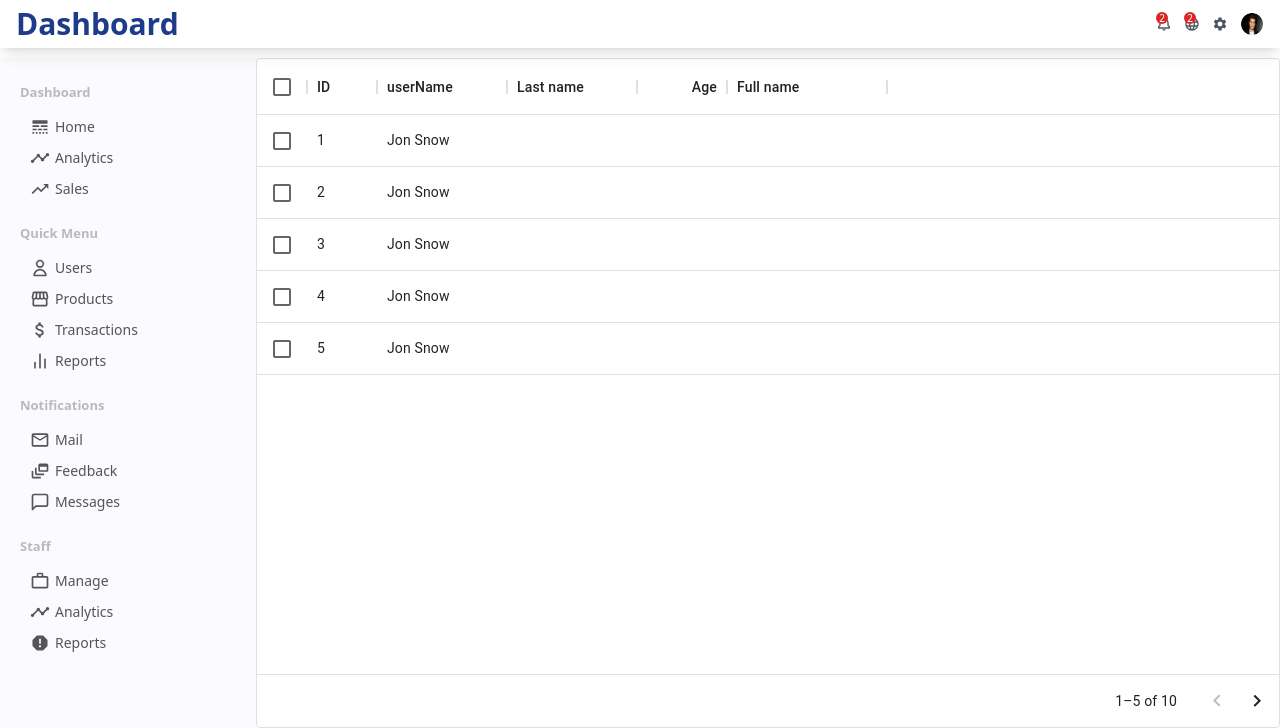
Repository: nation430/React-AdminDashboard
Page: /users
An editor plug-in stored every save of this project. The page is shown before and after the next save, followed by the edit.
The browser window is 1280 px wide. The pictures show the whole page.
The project was rebuilt for these pictures with package versions that can differ from the ones it lists, and the page was loaded fresh each time. Also part of the build but not shown: src/pages/home/home.css, src/components/featuredInfo/featuredInfo.css, src/components/featuredInfo/FeaturedInfo.jsx, src/components/chart/chart.css, src/components/chart/Chart.jsx, src/dummyData.js, src/components/widgetSm/widgetSm.css, src/components/widgetSm/WidgetSm.jsx and 3 more.

Above is the page before, as saved 2022-08-23 13:11:45.

After the next save:
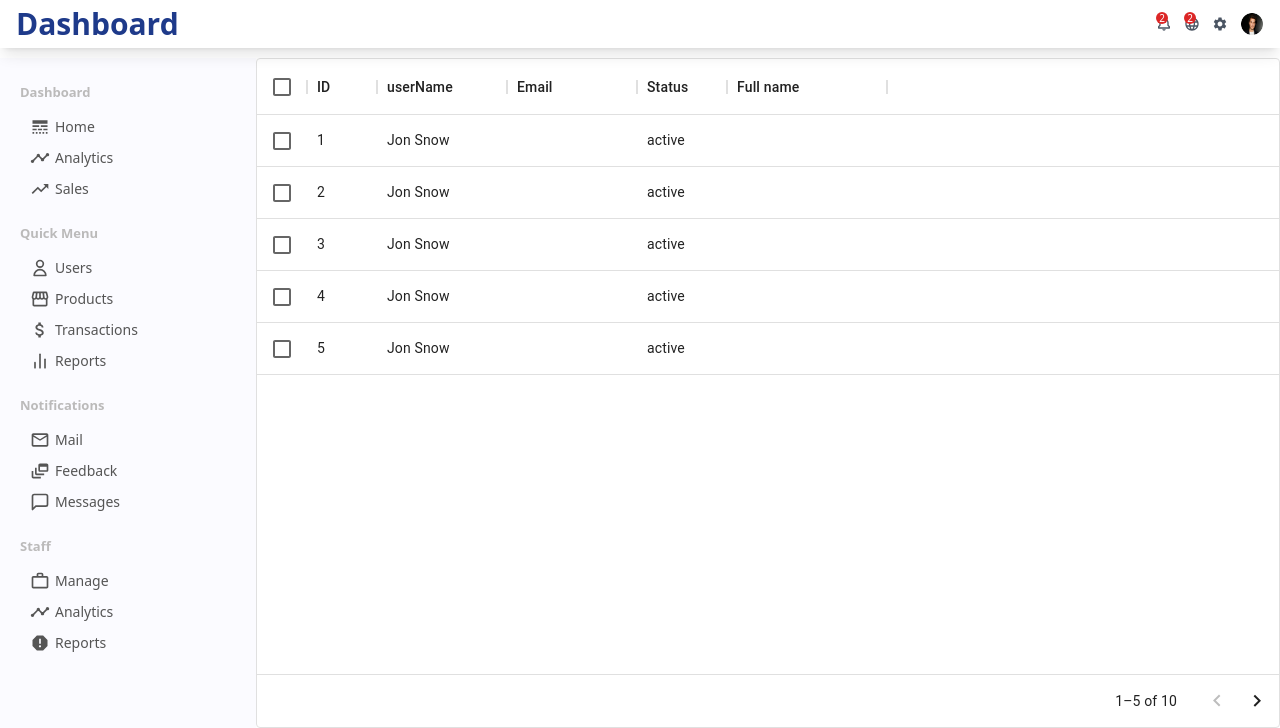
Saved 111 s later.
--- a/src/pages/home/userList/UserList.jsx
+++ b/src/pages/home/userList/UserList.jsx
@@ -8,11 +8,10 @@ export default function UserList(){
   const columns = [
     { field: 'id', headerName: 'ID', width: 70 },
     { field: 'userName', headerName: 'userName', width: 130 },
-    { field: 'lastName', headerName: 'Last name', width: 130 },
+    { field: 'email', headerName: 'Email', width: 130 },
     {
-      field: 'age',
-      headerName: 'Age',
-      type: 'number',
+      field: 'status',
+      headerName: 'Status',
       width: 90,
     },
     {
